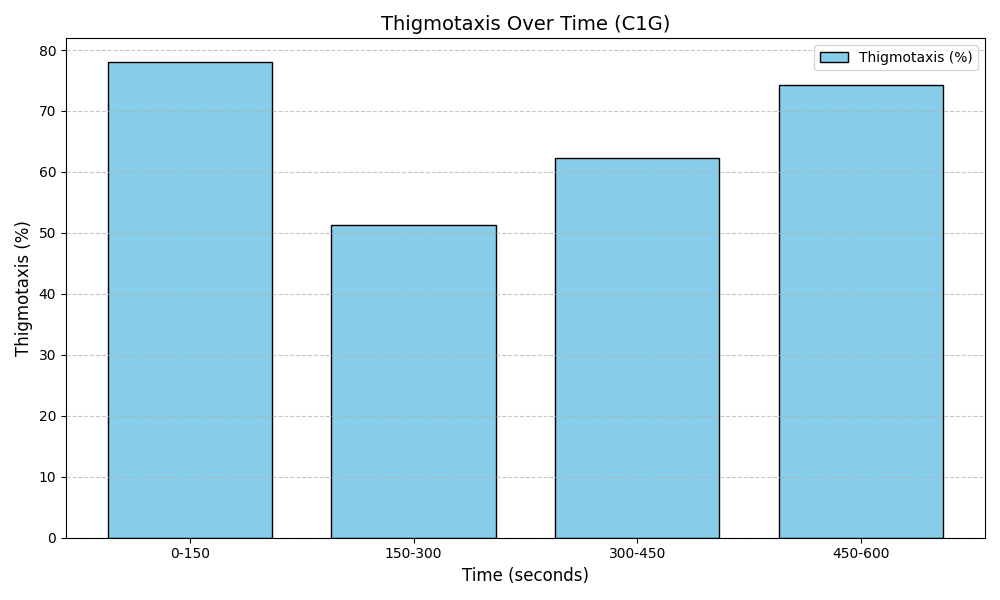
Repository: ZoharBNH5/Behavioral-Testing-Laboratory
Script's output: python bhave_tests.py
These files come from the project's save history. The script's output is drawn as it stood at one moment and after a run of saves; the edit follows.
Random numbers start from a fixed seed. It also reads C1G_241124_new.mat, C2G_271124_new.mat.

Above is the script's output before, as saved 2024-11-29 13:03:27.

### bhave_tests.py
import numpy as np
import scipy.io


import matplotlib.pyplot as plt
from scipy.io import loadmat
import matplotlib.pyplot



# load data from file
data = loadmat('C1G_241124_new.mat')
mouse_num = "C1G"

print(data.keys())
# Extract grooming start-stop data
grooming_start_stop = data.get('grooming_start_stop', None)
crossing_times = data.get('crossing_times', None)
periphery_times = data.get('periphery_times', None)

if crossing_times is not None and periphery_times is not None and grooming_start_stop is not None:
    # Flatten arrays for processing
    crossing_times = crossing_times.flatten()
    periphery_times = periphery_times.flatten()
    grooming_start_stop = grooming_start_stop.T  # Transpose grooming data for easier handling

# Define bins (2-minute intervals over 10 minutes)
    bin_edges = np.arange(0, 600 + 150, 150)  # Bins of 2 minutes (120 seconds)
    bin_centers = (bin_edges[:-1] + bin_edges[1:]) / 2  # Midpoints for plotting

# Calculate Thigmotaxis per bin
    thigmotaxis_values = []
    for start, end in zip(bin_edges[:-1], bin_edges[1:]):
        # Filter crossing and peripheral crossing within the current bin
        crossings_in_bin = (crossing_times >= start) & (crossing_times < end)
        periphery_in_bin = (periphery_times >= start) & (periphery_times < end)

        total_crossings = np.sum(crossings_in_bin)
        peripheral_crossings = np.sum(periphery_in_bin)

        # Calculate Thigmotaxis for the bin
        thigmotaxis = (peripheral_crossings / total_crossings) * 100 if total_crossings > 0 else 0
        thigmotaxis_values.append(thigmotaxis)

    # Plotting the results
    plt.figure(figsize=(10, 6))
    plt.bar(bin_centers, thigmotaxis_values, width=110, color='skyblue', edgecolor='black', label='Thigmotaxis (%)')
    plt.title(f'Thigmotaxis Over Time ({mouse_num})', fontsize=14)
    plt.xlabel('Time (seconds)', fontsize=12)
    plt.ylabel('Thigmotaxis (%)', fontsize=12)
    plt.xticks(bin_centers, labels=[f'{int(edge)}-{int(edge+150)}' for edge in bin_edges[:-1]])
    plt.grid(axis='y', linestyle='--', alpha=0.7)
    plt.legend()
    plt.tight_layout()
    plt.show()
else:
    print("Required data (crossing_times, periphery_times, or grooming_start_stop) not found in the provided file.")

After the next 2 saves:
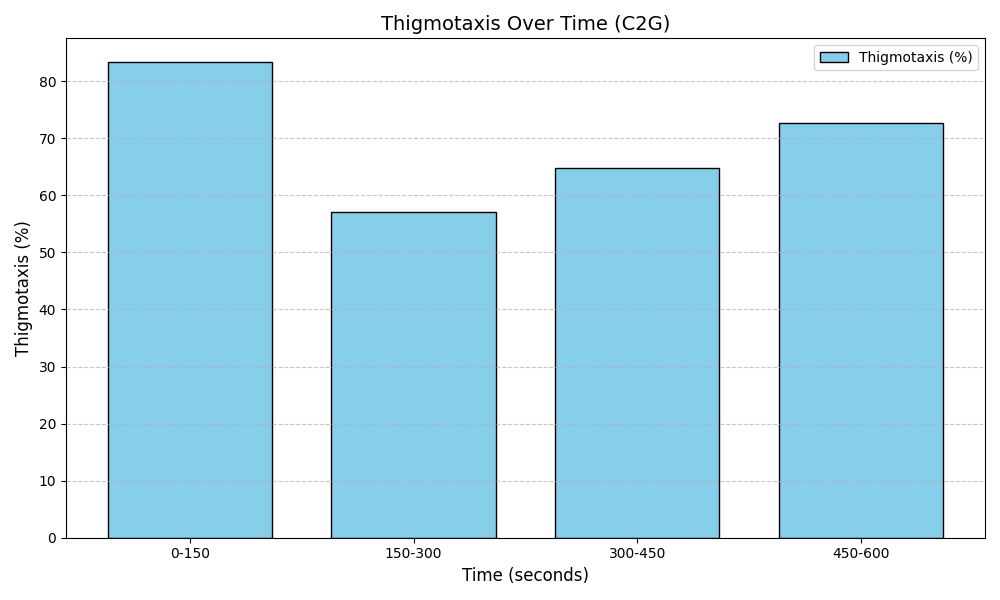
The 2 saves are shown as one change because 1 did not build or start.
The last was saved 49 s later.
--- a/bhave_tests.py
+++ b/bhave_tests.py
@@ -9,8 +9,8 @@ import matplotlib.pyplot
 
 
 # load data from file
-data = loadmat('C1G_241124_new.mat')
-mouse_num = "C1G"
+data = loadmat('C2G_271124_new.mat')
+mouse_num = "C2G"
 
 print(data.keys())
 # Extract grooming start-stop data
